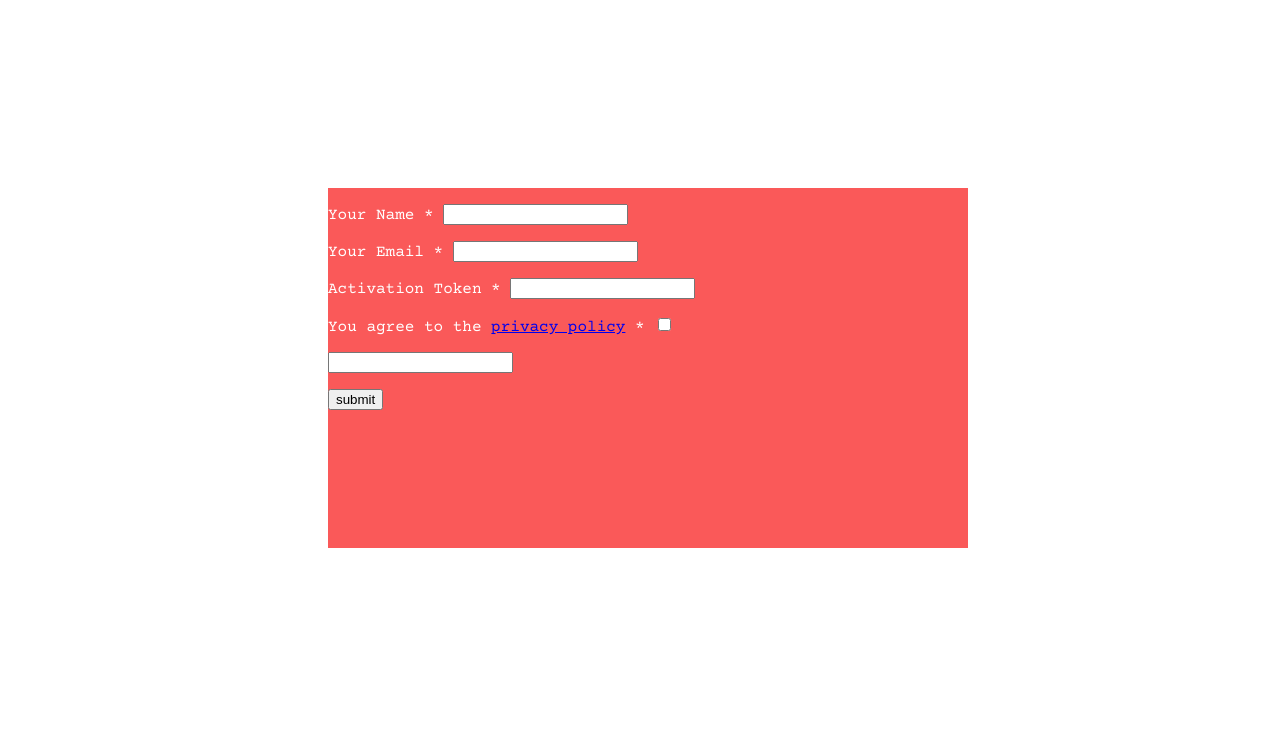
Repository: Rachael4life/Assignment-1
Page: starter-code/src/index.html
An editor plug-in stored every save of this project. The page is shown before and after a run of saves, followed by the edit.
The browser window is 1280 px wide. The page is 1288 px wide, so the pictures cover 1288 px, including what lies to the right of the window. The pictures show the whole page.

Above is the page before, as saved 2022-02-25 13:28:31.

After the next 4 saves:
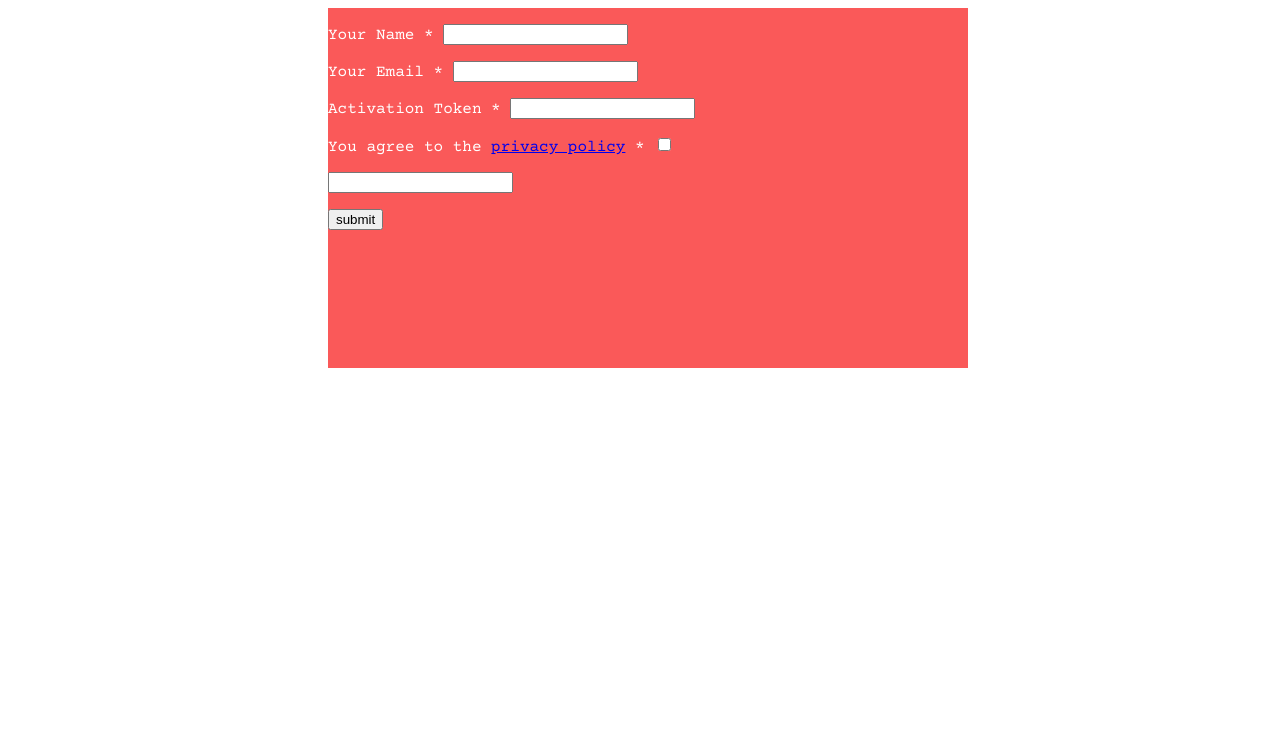
The 4 saves are shown as one change because they came seconds apart.
The last was saved 43 s later.
--- a/starter-code/src/style.css
+++ b/starter-code/src/style.css
@@ -13,7 +13,7 @@ form {
 #ramyeon {
     display: flex;
     justify-content: center;
-    align-items: center;
+    align-content: ;
     width: 100%;
     height: 100%;
 }
